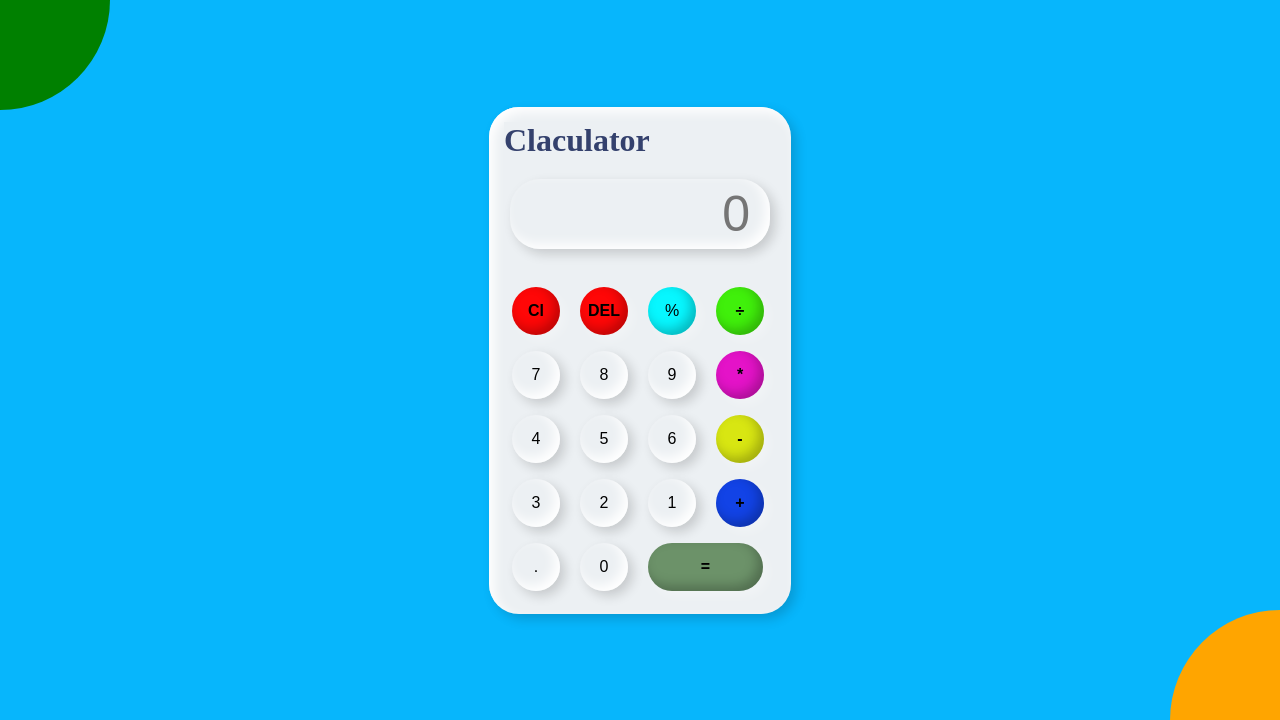
Repository: Mayur2905/OIBSIP
Page: Task-3/index.html
An editor plug-in stored every save of this project. The page is shown before and after the next save, followed by the edit.
The browser window is 1280 px wide. The pictures show the whole page.

Above is the page before, as saved 2022-02-02 19:17:06.

After the next save:
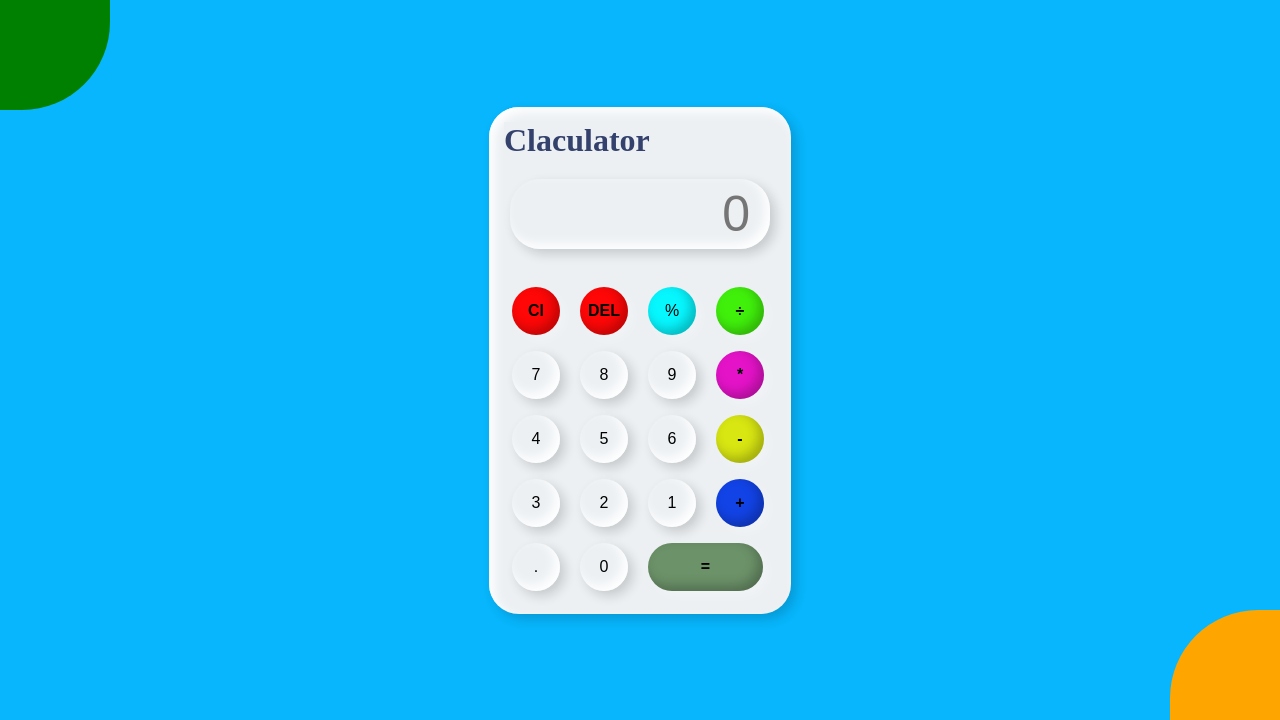
Saved 22 s later.
--- a/Task-3/style.css
+++ b/Task-3/style.css
@@ -127,7 +127,7 @@ button {
   position: absolute;
   width: 250px;
   height: 250px;
-  border-radius: 50%;
+  border-radius: 40%;
 }
 
 .bg-balls:before {
